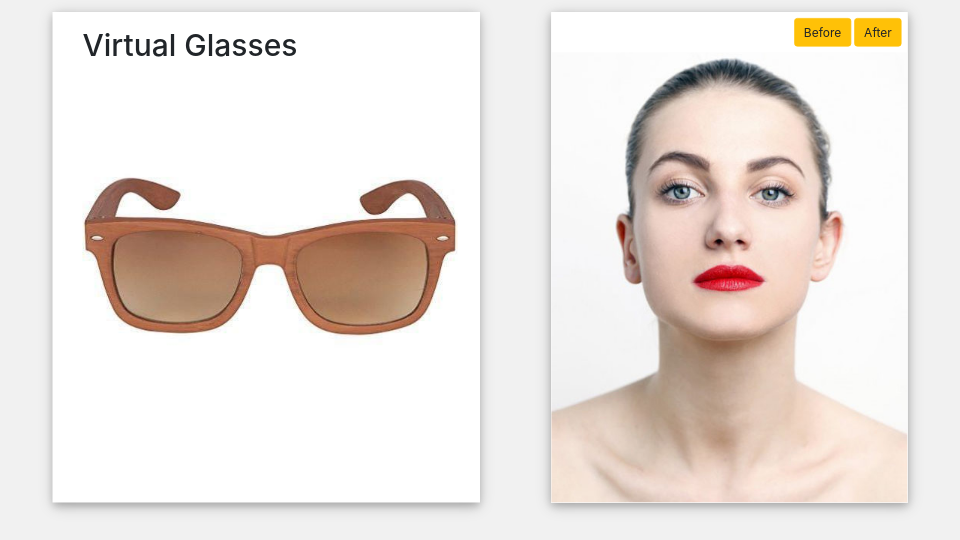
Repository: Khoi300399/BC35E_ES6_B2_MaThanhKhoi
Page: index.html
The author's editor kept a copy of each file at every save. The page is drawn from the files as they stood at one save, then again after the next save.
The browser window is 1280 px wide. The pictures show the whole page, at 75% of full size.

Above is the page before, as saved 2022-10-21 17:27:43.

After the next save:
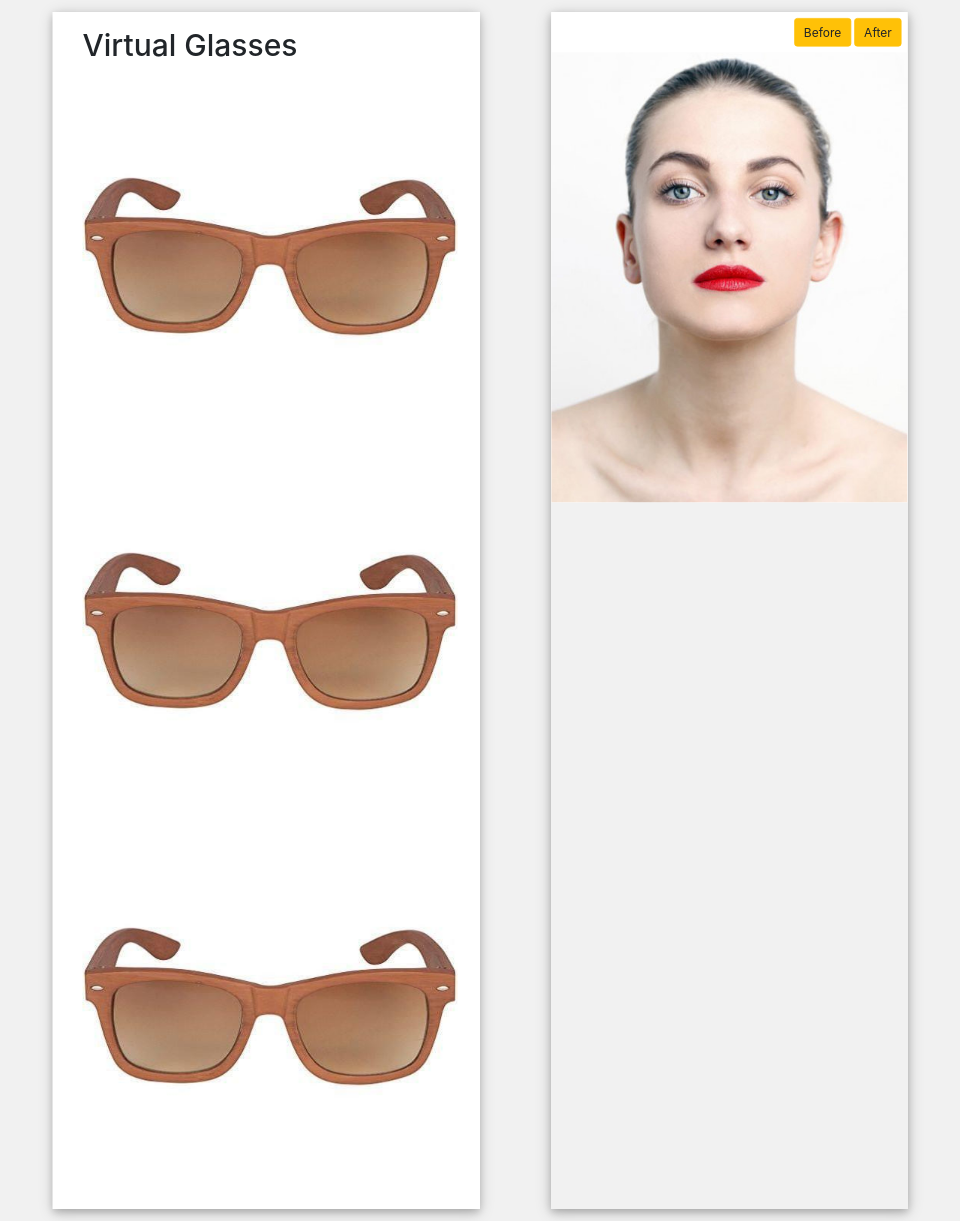
Saved 4 s later.
--- a/index.html
+++ b/index.html
@@ -32,6 +32,8 @@
           </div>
           <div class="row" id="vglassesList"></div>
           <div class="rol-4" id="vglassesItem">
+            <img src="./img/g1.jpg" alt="" />
+            <img src="./img/g1.jpg" alt="" />
             <img src="./img/g1.jpg" alt="" />
           </div>
         </div>
